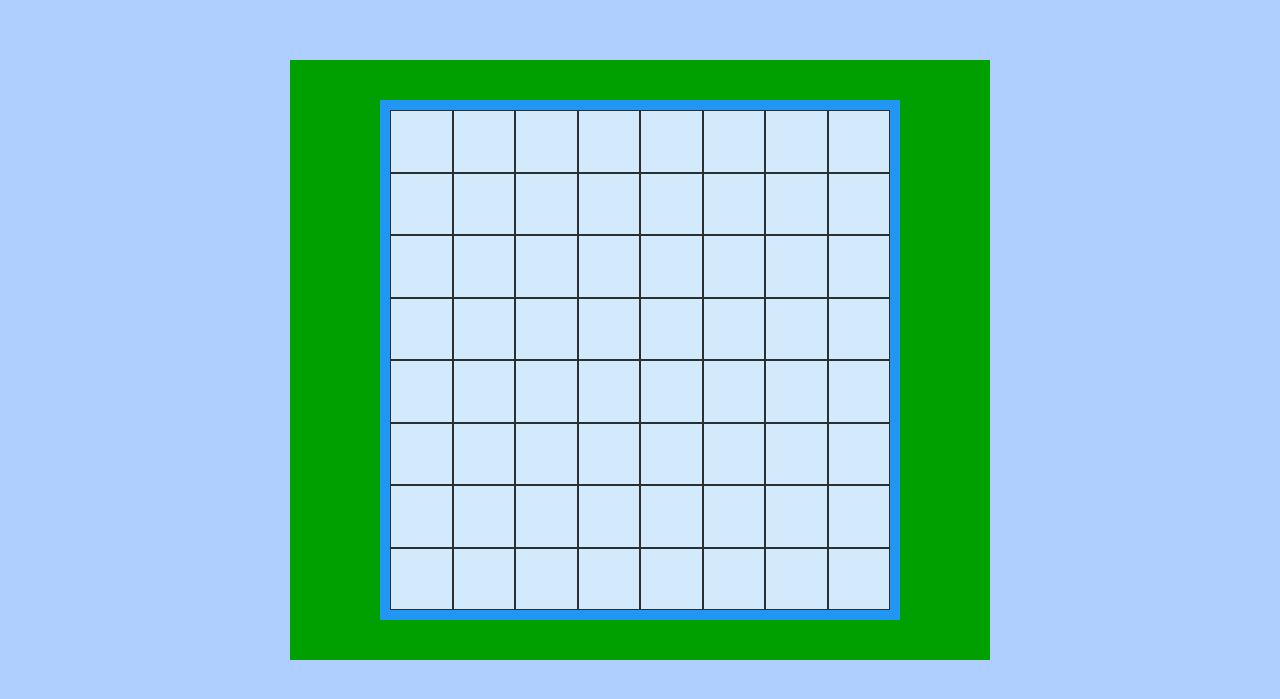
Repository: eliaoucohen72/react-reversi
Page: /
The author's editor kept a copy of each file at every save. The page is drawn from the files as they stood at one save, then again after a run of saves.
The browser window is 1280 px wide. The pictures show the whole page.
The project was rebuilt for these pictures with package versions that can differ from the ones it lists, and the page was loaded fresh each time. Also part of the build but not shown: vite.config.ts.

Above is the page before, as saved 2024-08-26 12:54:16.

After the next 4 saves:
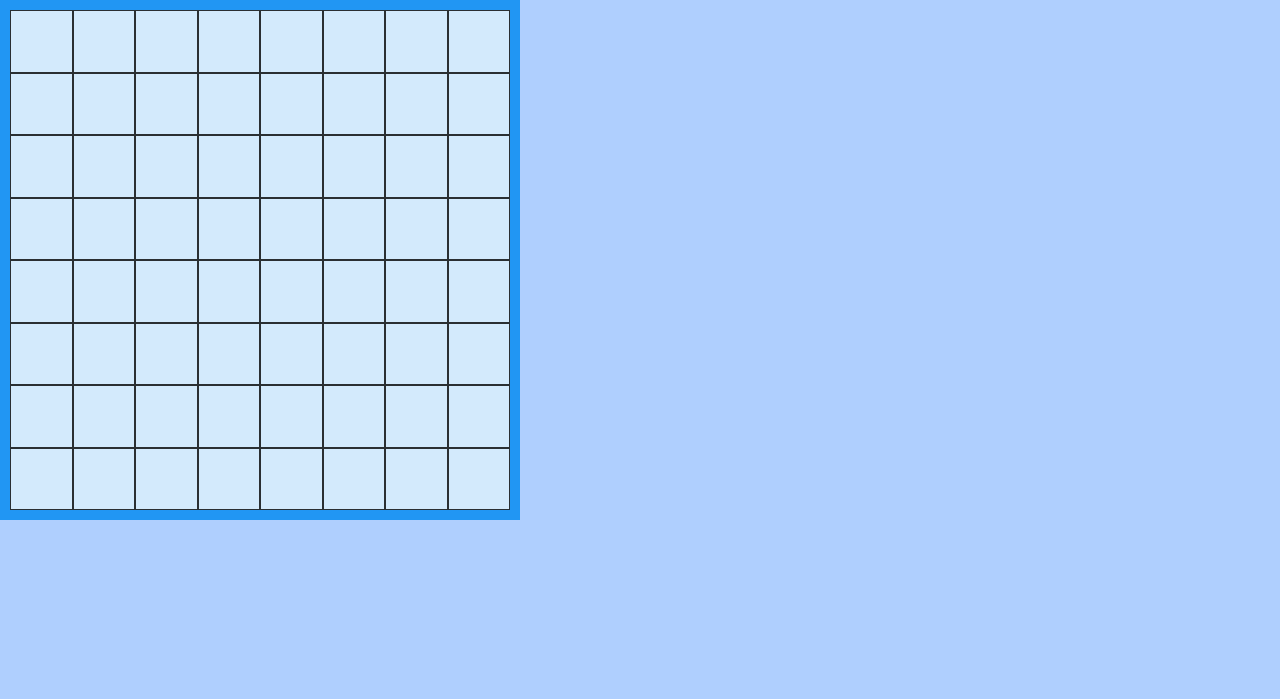
The 4 saves are shown as one change because they came seconds apart.
The last was saved 15 s later.
--- a/src/App.tsx
+++ b/src/App.tsx
@@ -9,19 +9,7 @@
   return (
     <div className="wrapper">
       <div
-        style={{
-          position: "absolute",
-          width: "700px",
-          height: "600px",
-          backgroundColor: "#00a000",
-          top: "50%",
-          left: "50%",
-          transform: "translate(-50%, -50%)",
-          display: "flex",
-          alignItems: "center",
-          justifyContent: "center",
-        }}
-      >
+className="subWrapper"      >
         <div className="grid-container">{returnBoard()}</div>
       </div>
     </div>

After the 4 saves that followed:
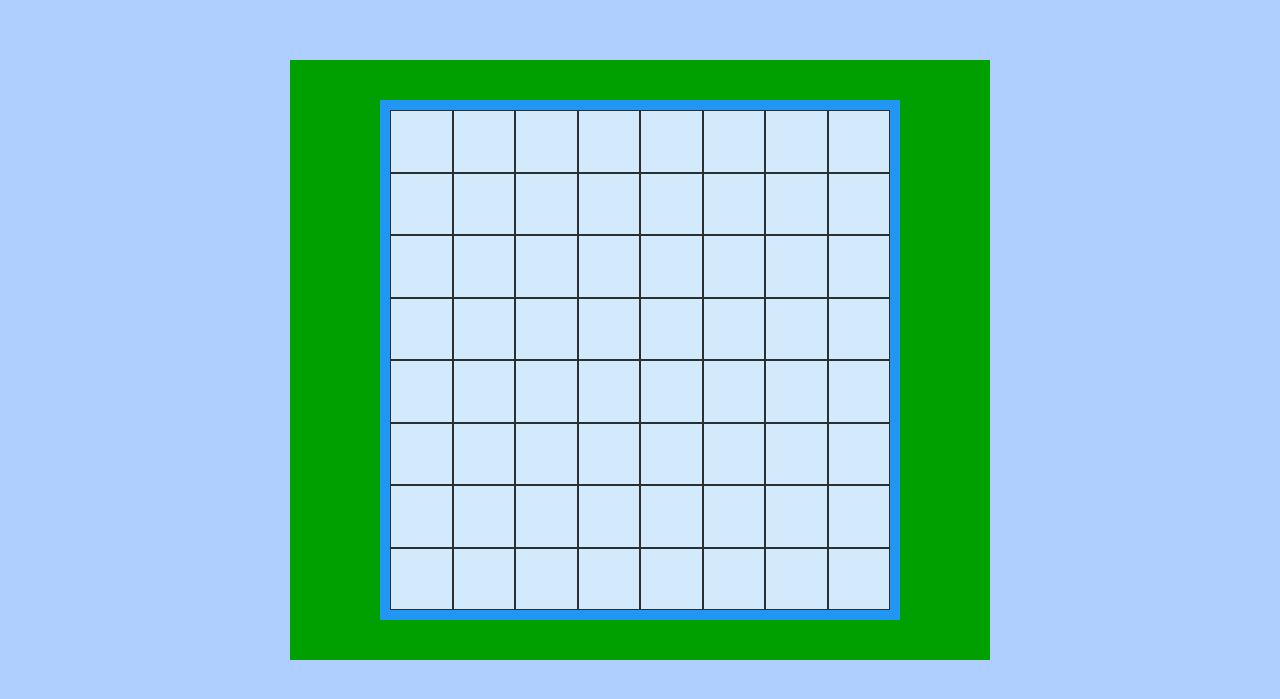
The 4 saves are shown as one change because 2 left the picture as it was and some came seconds apart.
The last was saved 36 s later.
--- a/src/App.tsx
+++ b/src/App.tsx
@@ -8,8 +8,7 @@
 
   return (
     <div className="wrapper">
-      <div
-className="subWrapper"      >
+      <div className="subWrapper">
         <div className="grid-container">{returnBoard()}</div>
       </div>
     </div>
--- a/src/App.css
+++ b/src/App.css
@@ -3,6 +3,19 @@
   height: 100vh;
   background-color: #afcffe;
   position: relative;
+}
+
+.subWrapper {
+  position: absolute;
+  width: 700px;
+  height: 600px;
+  background-color: #00a000;
+  top: 50%;
+  left: 50%;
+  transform: translate(-50%, -50%);
+  display: flex;
+  align-items: center;
+  justify-content: center;
 }
 
 .grid-container {
